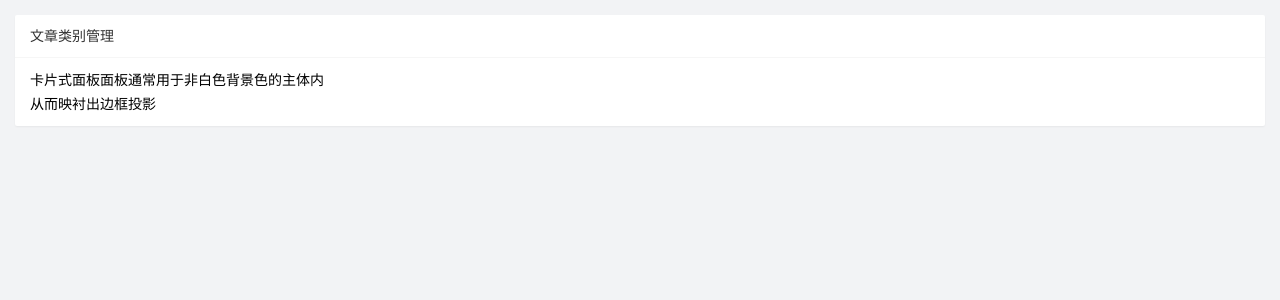
Repository: Janshen111/web_bigevent
Page: article/art_cate.html
These files come from the project's save history. The page is drawn as it stood at one moment and after the next save; the edit follows.
The browser window is 1280 px wide. The pictures show the whole page.

Above is the page before, as saved 2022-09-01 14:13:16.

### article/art_cate.html
<!DOCTYPE html>
<html lang="en">

<head>
    <meta charset="UTF-8">
    <meta http-equiv="X-UA-Compatible" content="IE=edge">
    <meta name="viewport" content="width=device-width, initial-scale=1.0">
    <title>Document</title>
    <link rel="stylesheet" href="/assets/lib/layui/css/layui.css">
    <link rel="stylesheet" href="/assets/css/article/art_cate.css">
</head>

<body>
    <!-- 卡片面板 -->
    <div class="layui-card">
        <div class="layui-card-header">
            <span>文章类别管理</span>
        </div>
        <div class="layui-card-body">
            卡片式面板面板通常用于非白色背景色的主体内<br> 从而映衬出边框投影
        </div>
    </div>

</body>

</html>

Loaded but not shown: assets/lib/layui/css/layui.css (library); assets/css/article/art_cate.css (common file)

After the next save:
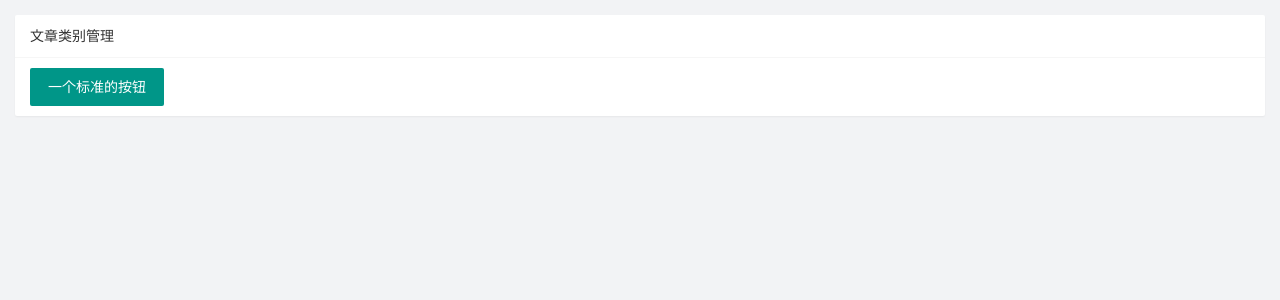
Saved 33 s later.
--- a/article/art_cate.html
+++ b/article/art_cate.html
@@ -17,7 +17,7 @@
             <span>文章类别管理</span>
         </div>
         <div class="layui-card-body">
-            卡片式面板面板通常用于非白色背景色的主体内<br> 从而映衬出边框投影
+            <button type="button" class="layui-btn">一个标准的按钮</button>
         </div>
     </div>
 
